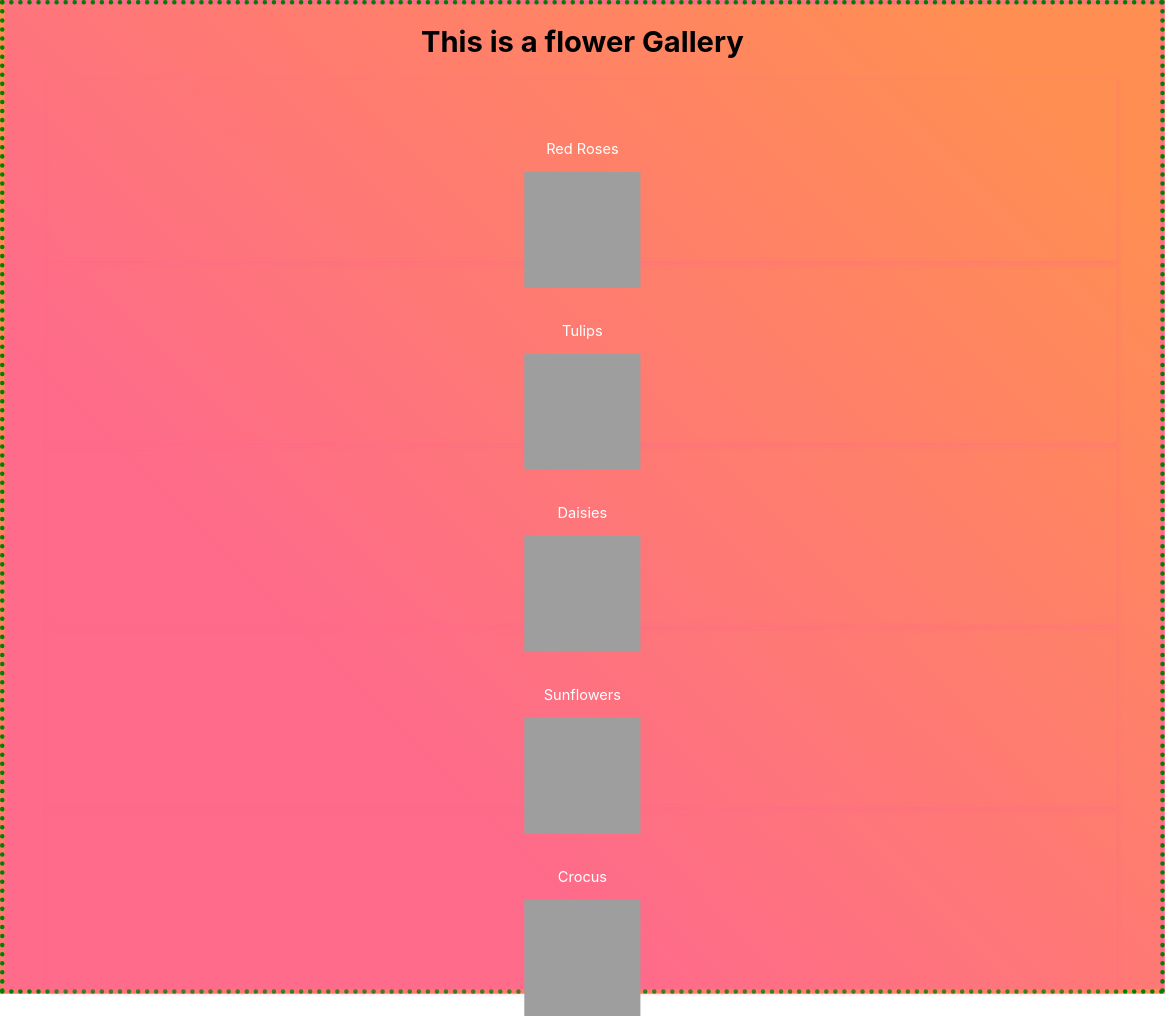
Repository: DevLuDaley/react-flower-shop
Page: /
The author's editor kept a copy of each file at every save. The page is drawn from the files as they stood at one save, then again after the next save.
The browser window is 1280 px wide. The pictures show the whole page, at 91% of full size.
Pictures or frames that could not be fetched are drawn as grey boxes. The project was rebuilt for these pictures with package versions that can differ from the ones it lists, and the page was loaded fresh each time. Also part of the build but not shown: src/Containers/FlowersContainer.js.

Above is the page before, as saved 2021-02-19 22:15:00.

### src/App.js
// import './App.css';
import Grid from '@material-ui/core/Grid';
import Container from '@material-ui/core/Container';
import { makeStyles } from '@material-ui/core/styles';

// // or
// import { Grid } from '@material-ui/core';
 import FlowerGallery from './components/FlowerGallery'
 import FlowersContainer from './Containers/FlowersContainer'


const useStyles = makeStyles({
  root: {
    background: 'linear-gradient(45deg, #FE6B8B 30%, #FF8E53 90%)',
    display: 'flex',
    justifyContent: 'center',
    alignItems: 'center',
    textAlign: 'center',
    // height: '200px',
    border: '5px dotted green',
    // padding: '50px'
  },
});

function App() {
  const classes = useStyles();
  return (
    <Grid className={classes.root}>
      <Container>
      {/* <FlowersContainer/> */}
        <FlowerGallery/>
      </Container>
    </Grid>
  );
}

export default App;

### src/components/FlowerGallery.js
import React from 'react';
import { makeStyles } from '@material-ui/core/styles';

// import FlowerGalleryStyles from './FlowerGalleryStyles'
// import Button from materialmaterial
import Button from '@material-ui/core/Button';
import Container from '@material-ui/core/Container';

// const useStyles = makeStyles({
//   root: {
//     background: 'linear-gradient(45deg, #FE6B8B 30%, #FF8E53 90%)',
//     border: 0,
//     borderRadius: 3,
//     boxShadow: '0 3px 5px 2px rgba(255, 105, 135, .3)',
//     color: 'white',
//     // height: 48,
//     padding: '0 30px',
//     margin: '15 0'
//   },
// });

const useStyles = makeStyles({
  root: {
    // background: 'linear-gradient(45deg, #FE6B8B 30%, #FF8E53 90%)',
    // border: 0,
    borderRadius: 3,
    boxShadow: '0 3px 5px 2px rgba(255, 105, 135, .3)',
    color: 'white',
    height: 100,
    padding: '50px 30px',
    margin: '50',
    display: 'block'
  },
});

const FlowerGallery = () => {
      const classes = useStyles();
    // const classes = FlowerGalleryStyles()

const flowerList = [
  {
    id: 1,
    name: 'Red Roses',
    imageUrl: 'https://images.unsplash.com/photo-1548094967-e25a127d1f6d?ixid=MXwxMjA3fDB8MHxwaG90by1wYWdlfHx8fGVufDB8fHw%3D&ixlib=rb-1.2.1&auto=format&fit=crop&w=1137&q=80',
    rating: 5,
    alt: 'red-roses'},
  {
    id: 2,
    name: 'Tulips',
    imageUrl: 'https://images.unsplash.com/photo-1610444028097-40d9858bb44f?ixid=MXwxMjA3fDB8MHxwaG90by1wYWdlfHx8fGVufDB8fHw%3D&ixlib=rb-1.2.1&auto=format&fit=crop&w=1234&q=80',
    rating: 4,
    alt: 'tulips'},
  {
    id: 3,
    name: 'Daisies',
    imageUrl: 'https://images.unsplash.com/photo-1607061868914-e38515be98cb?ixid=MXwxMjA3fDB8MHxwaG90by1wYWdlfHx8fGVufDB8fHw%3D&ixlib=rb-1.2.1&auto=format&fit=crop&w=1091&q=80',
    rating: 4,
    alt: ''},

  {
    id: 4,
    name: 'Sunflowers',
    imageUrl: 'https://images.unsplash.com/photo-1598459832065-1e43b2283799?ixid=MXwxMjA3fDB8MHxzZWFyY2h8Nnx8c3VuZmxvd2VyJTIwYm9xdWV0fGVufDB8fDB8&ixlib=rb-1.2.1&auto=format&fit=crop&w=1200&q=60',
    rating: 5,
    alt: ''},
  {
    id: 5,
    name: 'Crocus',
    imageUrl: 'https://images.unsplash.com/photo-1488979246948-f4b573b1fae8?ixid=MXwxMjA3fDB8MHxwaG90by1wYWdlfHx8fGVufDB8fHw%3D&ixlib=rb-1.2.1&auto=format&fit=crop&w=1350&q=80',
    rating: 5,
    alt: ''}

]

    return (
        <Container>
        <h1>This is a flower Gallery</h1>
        <section>
        {flowerList ? flowerList.map(flower =>
          <div className={classes.root}>
              <p>{flower.name}</p>
              <img src={flower.imageUrl} alt={flower.alt} style={{width:"128px", height: "128px"}}></img>
          </div>
        )
        : <p className="no-data-message"> No Flowers Yet</p>
        }


        </section>
        {/* <Button className={classes.root}>Hook</Button>
        <Button variant="contained" color="primary">Hook</Button> */}
      </Container>
      );
}

export default FlowerGallery;
// FlowerGalleryStyles

Loaded but not shown: public/index.html (common file); src/index.js (common file); src/index.css (common file); src/reportWebVitals.js (common file)

After the next save:
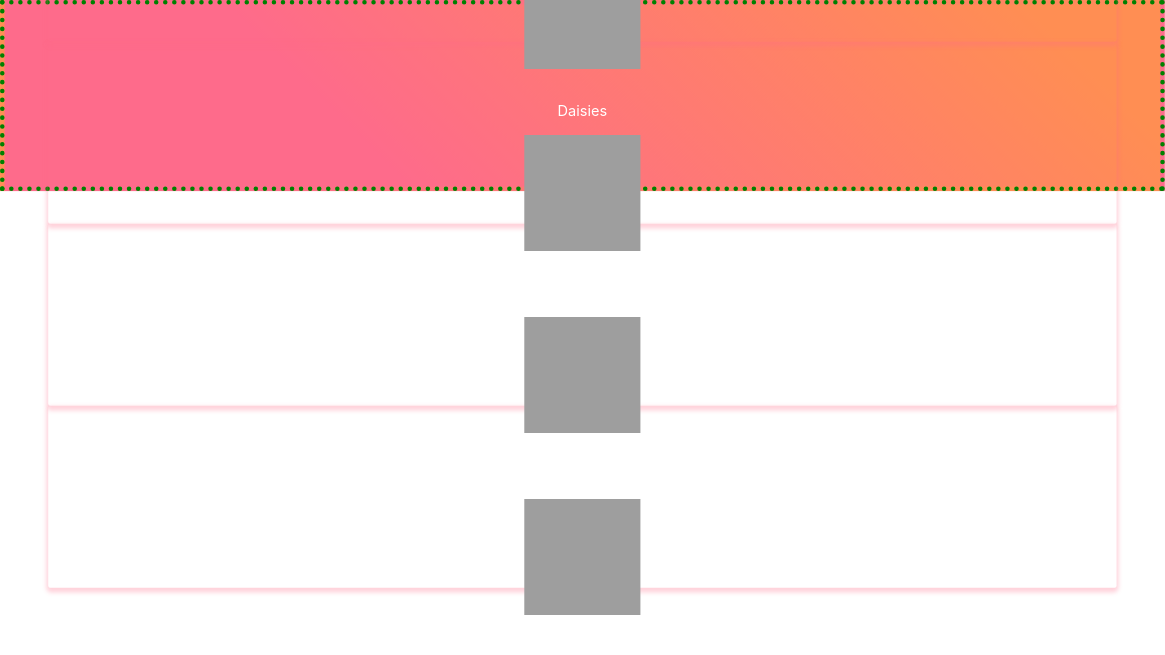
Saved 7 s later.
--- a/src/App.js
+++ b/src/App.js
@@ -16,7 +16,7 @@ const useStyles = makeStyles({
     justifyContent: 'center',
     alignItems: 'center',
     textAlign: 'center',
-    // height: '200px',
+    height: '200px',
     border: '5px dotted green',
     // padding: '50px'
   },
